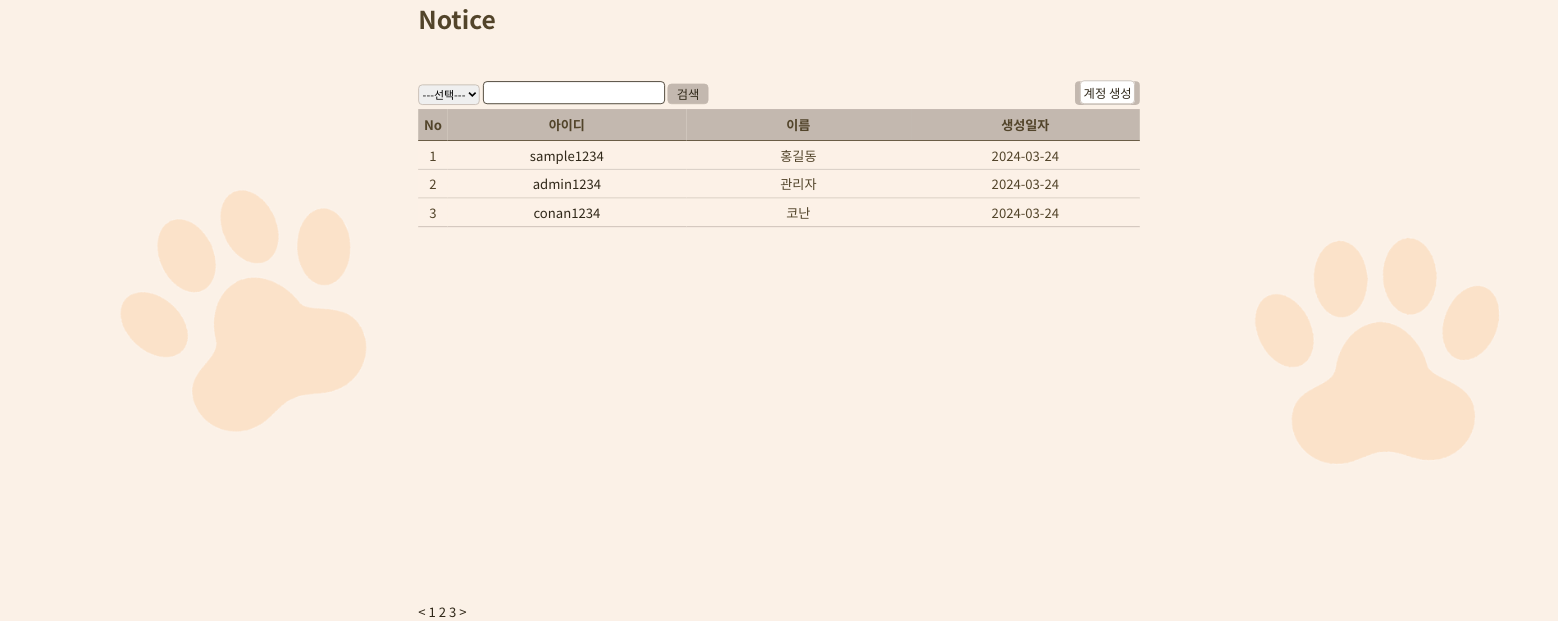
Repository: jngwk/Project-Bark
Page: http://localhost/Bark/include/manageAdmin.jsp
An editor plug-in stored every save of this project. The page is shown before and after the next save, followed by the edit.
The browser window is 1280 px wide. The page is 1900 px wide, then 1280 px, so the pictures cover 1900 px, including what lies to the right of the window. The pictures show the whole page, at 82% of full size.
The page is served by Tomcat 9.

Above is the page before, as saved 2024-03-26 16:00:17.

After the next save:
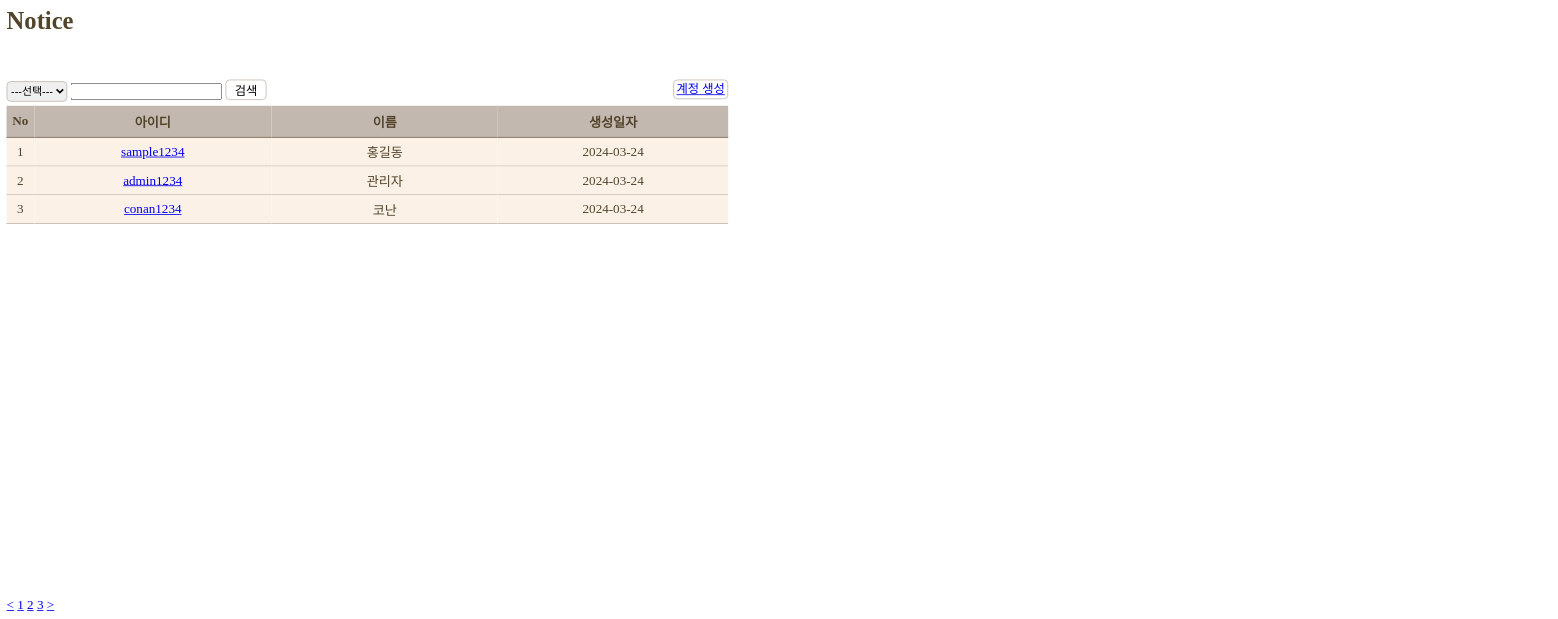
Saved 6 s later.
--- a/java_workspace/Bark/src/main/webapp/include/manageAdmin.jsp
+++ b/java_workspace/Bark/src/main/webapp/include/manageAdmin.jsp
@@ -6,7 +6,6 @@
     <meta charset="UTF-8" />
     <meta name="viewport" content="width=device-width, initial-scale=1.0" />
     <title>Document</title>
-    <link rel="stylesheet" href="../css/root.css" />
     <link rel="stylesheet" href="./css/manageAdmin.css" />
   </head>
   <body>
